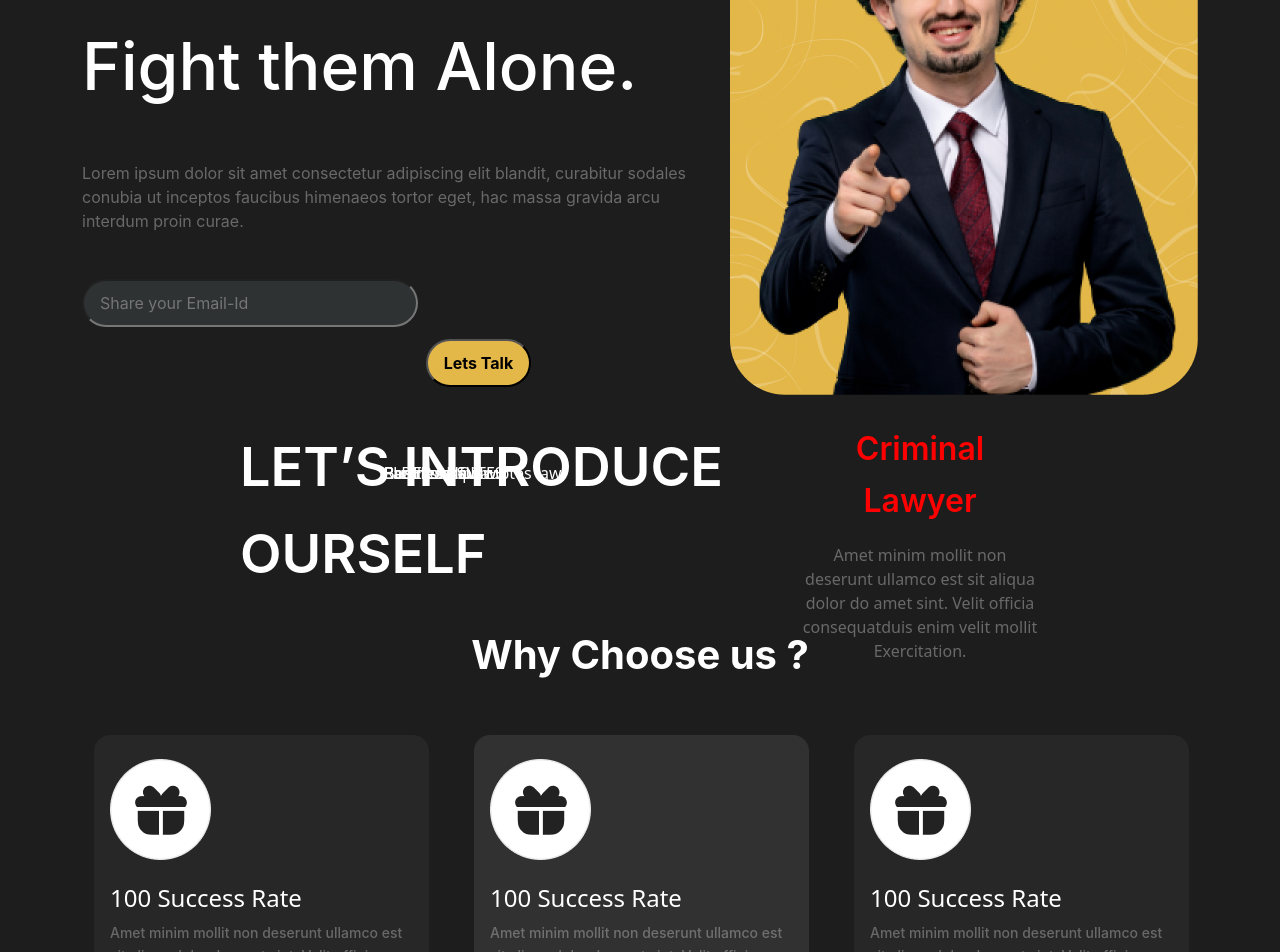
Repository: Senthil-Bala/LawFirm
Page: /
The author's editor kept a copy of each file at every save. The page is drawn from the files as they stood at one save, then again after a run of saves.
The browser window is 1280 px wide. The pictures show the part of the page from y = 219 to 1171 px (the page is 3925 px tall).
The project was rebuilt for these pictures with package versions that can differ from the ones it lists, and the page was loaded fresh each time. Also part of the build but not shown: src/App.css, src/Components/Frequents/Accordionss.css, src/Components/Frequents/Accordionss.jsx.

Above is the page before, as saved 2023-11-29 18:56:02.

### src/App.js
import './App.css';
import 'bootstrap/dist/css/bootstrap.min.css';
import Navbar from "./Components/Navbars/Navbar"
import HeroSection from './Components/Heroess/HeroSection';
import Main from "./Components/Mainss/Main";
import Boxes from "./Components/Box/Boxes";
import Practices from './Components/Practicsing/Practices';
import Clients from "./Components/ClientSides/Clients";
import Team from "./Components/Teamss/Team";
import Faq from "./Components/Frequents/Faq"
import Subscribe from './Components/Subscribes/Subscribe';
import Footer from "./Components/Footers/Footer"

function App() {
  return (
    <div className="container">
      <Navbar/>
      <HeroSection/>
      <Main/>
      <Boxes/>
      <Practices/>
      <Clients/>
      <Team/>
      <Faq/>
      <Subscribe/>
      <Footer/>
    </div>
  );
}

export default App;

### src/Components/Navbars/Navbar.jsx
import React from 'react'
import Studio from "../assests/logo.png";
import "./Navbar.css"

function Navbar() {
  return (
    <div className='navbar'>
        <div className="logo ">
            <img src={Studio} alt="Logo"/>
            <p>IGSTUDIO</p>
        </div>
        <div className="mid">
            <p>Home</p>
            <p>Attorneys</p>
            <p>Practice</p>
            <p>About Us</p>
        </div>
        <div className="btn">
            <button>Contact Now</button>
        </div>
    </div>
  )
}

export default Navbar

### src/Components/Heroess/HeroSection.jsx
import React from "react";
import "./HeroSection.css";
import Hero from "../assests/hero.png";
import Container from 'react-bootstrap/Container';
import Row from 'react-bootstrap/Row';
import Col from 'react-bootstrap/Col';
function HeroSection() {
  return (
    <div className="hero">
      <div className="contentLeft">
        <p id="mainHeading">You don’t have to Fight them Alone.</p>
        <p id="subHeading">
          Lorem ipsum dolor sit amet consectetur adipiscing elit blandit,
          curabitur sodales conubia ut inceptos faucibus himenaeos tortor eget,
          hac massa gravida arcu interdum proin curae.
        </p>
        <div >
        <input type="text" placeholder="Share your Email-Id" />
        <button className="inBtn">Lets Talk</button>
        </div>
      </div>
      <div className="contentRight">
        <img src={Hero} alt="Hero" />
      </div>
    </div>

  //   <Container>
  //   <Row>
  //     <Col sm={12} md={6} lg={6} >
  //     <div className="contentLeft">
  //   <p id="mainHeading">You don’t have to Fight them Alone.</p>
  //        <p id="subHeading">
  //        Lorem ipsum dolor sit amet consectetur adipiscing elit blandit,
  //          curabitur sodales conubia ut inceptos faucibus himenaeos tortor eget,
  //          hac massa gravida arcu interdum proin curae.
  //        </p>
  //         <input type="text" placeholder="Share your Email-Id" />
  //     <button className="inBtn">Lets Talk</button>
  //      </div >
  //     </Col>
  //     <Col sm={12} md={6} lg={6}>
  //     <div className="contentRight mt-5">
  //       <img src={Hero} alt="Hero" />
  //    </div>
  //     </Col>
  //   </Row>

  // </Container>








  );
}

export default HeroSection;

### src/Components/Mainss/Main.jsx
import React from "react";
import "./Main.css";
import Container from 'react-bootstrap/Container';
import Row from 'react-bootstrap/Row';
import Col from 'react-bootstrap/Col';
function Main() {
  return (
    <div className="main">
    <div className="left">
        <p>Let’s Introduce <br /> Ourself</p>
    </div>
    {/* <div className="vertical-line"></div> */}
    <div className="right">
        <p id="heading">Criminal Lawyer</p>
        <p id="subHeading">
            Amet minim mollit non deserunt ullamco est sit aliqua dolor do amet
            sint. Velit officia consequatduis enim velit mollit Exercitation.
        </p>
    </div>
</div>



    //Grid layouts

  //   <Container className="mt-5 pt-5">
  //   <Row>
  //     <Col sm={12} md={6} lg={6}>
  //     <div className="left">
  //       <p>Let’s Introduce Ourself</p>
  //     </div>
  //     </Col>
  //     <Col  sm={12} md={6} lg={6}>
  //     <div className="right">
  //       <p id="heading">Criminal Lawyer</p>
  //       <p id="subHeading">
  //         Amet minim mollit non deserunt ullamco est sit aliqua dolor do amet
  //         sint. Velit officia consequatduis enim velit mollit Exercitation.
  //       </p>
  //     </div>
  //     </Col>
  //   </Row>

  // </Container>
  );
}

export default Main;

### src/Components/Box/Boxes.jsx
import React from "react";
import "./Boxes.css";
import Box from "../assests/box.png";
import Container from 'react-bootstrap/Container';
import Row from 'react-bootstrap/Row';
import Col from 'react-bootstrap/Col';
function Boxes() {
  return (
    // <div className="box">
    //   <h1>Why Choose us ?</h1>
    //   <br />
    //   <div className="chooseBox">
    //     <div className="box1">
    //       <img src={Box} alt="" className="mt-2" />
    //       <h4 className="mt-4">100 Success Rate</h4>
    //       <p className="small">
    //         Amet minim mollit non deserunt ullamco est sit aliqua dolor do amet
    //         sint. Velit officia consequatduis enim velit mollit Exer.
    //       </p>
    //     </div>
    //     <div className="box2">
    //       <img src={Box} alt="" className="mt-2" />
    //       <h4 className="mt-4">100 Success Rate</h4>
    //       <p className="small">
    //         Amet minim mollit non deserunt ullamco est sit aliqua dolor do amet
    //         sint. Velit officia consequatduis enim velit mollit Exer.
    //       </p>
    //     </div>
    //     <div className="box3">
    //       <img src={Box} alt="" className="mt-2" />
    //       <h4 className="mt-4">100 Success Rate</h4>
    //       <p className="small">
    //         Amet minim mollit non deserunt ullamco est sit aliqua dolor do amet
    //         sint. Velit officia consequatduis enim velit mollit Exer.
    //       </p>
    //     </div>
    //   </div>
    // </div>
    //Grid layouts

<div>
<h1  className="text-center my-5 heading">Why Choose us ?</h1>

<Container>
<Row className="gx-5 gy-5">
        <Col sm={12} md={6} lg={4} g-5 >
        <div className="box1 mt-2 mr-2">
          <img src={Box} alt="" className="mt-2" />
          <h4 className="mt-4">100 Success Rate</h4>
          <p className="small">
            Amet minim mollit non deserunt ullamco est sit aliqua dolor do amet
            sint. Velit officia consequatduis enim velit mollit Exer.
          </p>
          <button className="chip">Read More</button>
        </div>
        </Col>
        <Col sm={12} md={6} lg={4}>
        <div className="box2 mt-2 mr-2">
          <img src={Box} alt="" className="mt-2" />
          <h4 className="mt-4">100 Success Rate</h4>
          <p className="small">
            Amet minim mollit non deserunt ullamco est sit aliqua dolor do amet
            sint. Velit officia consequatduis enim velit mollit Exer.
          </p>
          <button className="chip" >Read More</button>
        </div>
        </Col>
        <Col sm={12} md={6} lg={4}>
        <div className="box3 mt-2 mr-2">
          <img src={Box} alt="" className="mt-2" />
          <h4 className="mt-4">100 Success Rate</h4>
          <p className="small">
            Amet minim mollit non deserunt ullamco est sit aliqua dolor do amet
            sint. Velit officia consequatduis enim velit mollit Exer.
          </p>
          <button className="chip">Read More</button>
        </div>
        </Col>
      </Row>

    </Container>
    </div>

  );
}

export default Boxes;

### src/Components/Practicsing/Practices.jsx
import React from "react";
import Container from "react-bootstrap/Container";
import Row from "react-bootstrap/Row";
import Col from "react-bootstrap/Col";
import Left from "../assests/left.png";
import Right from "../assests/right.png";
import "./Practices.css";

function Practices() {
  return (
    <div>
      <h1 className="text-center my-5 heading">Area of Practices</h1>

      <Container>
        <Row className="mt-3">
          <Col xs={12} sm={8}>
            <img src={Left} alt="Business law" className="left" />
            <p className="title">Business law</p>

          </Col>
          <Col xs={12} sm={4}>
            <img src={Right} alt="Partnership Law" className="right" />
            <p className="title">Partnership law</p>

          </Col>
        </Row>
        <Row className="mt-3">
        <Col xs={12} sm={4}>
            <img src={Right} alt="Partnership Law" className="right" />
            <p className="title">Real Estate law</p>
          </Col>
          <Col xs={12} sm={8}>
            <img src={Left} alt="Business law" className="left" />
            <p className="title">Business law</p>

          </Col>

        </Row>
        <Row className="mt-3">
          <Col xs={12} sm={8}>
            <img src={Left} alt="Business law" className="left" />
            <p className="title">LandLord Disruptes law</p>

          </Col>
          <Col xs={12} sm={4}>
            <img src={Right} alt="Partnership Law" className="right" />
            <p className="title">ELDER ABSUTES</p>

          </Col>
        </Row>
      </Container>
    </div>
  );
}

export default Practices;

### src/Components/ClientSides/Clients.jsx
import React from "react";
import "./Clients.css";
import EclipseOne from "../assests/EclipseOne.png";
import EclipseTwo from "../assests/EclipseTwo.png";
import EclipseThree from "../assests/EclipseThree.png";
import Container from 'react-bootstrap/Container';
import Row from 'react-bootstrap/Row';
import Col from 'react-bootstrap/Col';
function Clients() {
  return (
    // <div className="box">
    //   <h1>Why Choose us ?</h1>
    //   <br />
    //   <div className="chooseBox">
    //     <div className="box1">
    //       <img src={Box} alt="" className="mt-2" />
    //       <h4 className="mt-4">100 Success Rate</h4>
    //       <p className="small">
    //         Amet minim mollit non deserunt ullamco est sit aliqua dolor do amet
    //         sint. Velit officia consequatduis enim velit mollit Exer.
    //       </p>
    //     </div>
    //     <div className="box2">
    //       <img src={Box} alt="" className="mt-2" />
    //       <h4 className="mt-4">100 Success Rate</h4>
    //       <p className="small">
    //         Amet minim mollit non deserunt ullamco est sit aliqua dolor do amet
    //         sint. Velit officia consequatduis enim velit mollit Exer.
    //       </p>
    //     </div>
    //     <div className="box3">
    //       <img src={Box} alt="" className="mt-2" />
    //       <h4 className="mt-4">100 Success Rate</h4>
    //       <p className="small">
    //         Amet minim mollit non deserunt ullamco est sit aliqua dolor do amet
    //         sint. Velit officia consequatduis enim velit mollit Exer.
    //       </p>
    //     </div>
    //   </div>
    // </div>
    //Grid layouts

<div>
    <div className="clientHead d-flex justify-content-between align-items-center">
<h1  className=" my-5 heading">What Says Our <br /> Happy Clients</h1>
<div className="arrows">
<button>L</button>
<button className="rgt">R</button>
</div>


</div>
<Container>
<Row className="gx-4 gy-4">
        <Col sm={12} md={6} lg={4} >
        <div className="box1 mt-2 mr-2">
          <img src={EclipseOne} alt="" />
          <h4 className="mt-2">Joe Kooper</h4>
          <p >Ceo Of Hunt</p>
          <p className="small">
            Amet minim mollit non deserunt ullamco est sit aliqua dolor do amet
            sint. Velit officia consequatduis enim velit mollit Exer.
          </p>
          <button className="chip">Read More</button>
        </div>
        </Col>
        <Col sm={12} md={6} lg={4}>
        <div className="box2 mt-2 mr-2">
          <img src={EclipseTwo} alt="" className="mt-2" />
          <h4 className="mt-2">Robert Fox</h4>
          <p >Ceo Of Hunt</p>
          <p className="small">
            Amet minim mollit non deserunt ullamco est sit aliqua dolor do amet
            sint. Velit officia consequatduis enim velit mollit Exer.
          </p>
          <button className="chip" >Read More</button>
        </div>
        </Col>
        <Col sm={12} md={6} lg={4}>
        <div className="box3 mt-2 mr-2">
          <img src={EclipseThree} alt="" className="mt-2" />
          <h4 className="mt-2">Devon Lane</h4>
          <p >Ceo Of Hunt</p>
          <p className="small">
            Amet minim mollit non deserunt ullamco est sit aliqua dolor do amet
            sint. Velit officia consequatduis enim velit mollit Exer.
          </p>
          <button className="chip">Read More</button>
        </div>
        </Col>
      </Row>

    </Container>
    </div>

  );
}

export default Clients;

### src/Components/Teamss/Team.jsx
import React from 'react'
import Container from 'react-bootstrap/esm/Container'
import Row from 'react-bootstrap/Row';
import Col from 'react-bootstrap/Col';
import Daniel from "../assests/Daniel.png";
import Sanfole from "../assests/Sanfole.png";
import Casforila from "../assests/Casforila.png";
import Collean from "../assests/Collean.png";
import Haldone from "../assests/Haldone.png";
import Nik from "../assests/Nik.png"
import "./Team.css"

function Team() {
  return (
    <div className='teamDiv my-3'>
        <h1 className="text-center mt-5 heading">Our Team</h1>

        <Container>
        <Row>

        <Col xs={6} md={4} lg={4} className='mt-5'>
            <div className="items d-flex pt-1 ">
        <img src={Daniel} alt="" className='mr-3'/>
        <div>
          <h6 >Daniel Def</h6>
          <p className="opac">301 Cases</p>
          </div>
          </div>
        </Col>

        <Col xs={6} md={4} lg={4} className='mt-5'>
            <div className="items d-flex sanfole pt-1 ">
        <img src={Sanfole} alt="" className='mr-3 '/>
        <div>
          <h6>Sanfole</h6>
          <p className="opac">850 Cases</p>
          </div>
          </div>
        </Col>

        <Col xs={6} md={4}  lg={4} className='mt-5'>
            <div className="items d-flex pt-1">
        <img src={Casforila} alt="" className='mr-3'/>
        <div>
          <h6 >Casforila</h6>
          <p className="opac">470 Cases</p>
          </div>
          </div>
        </Col>

        <Col xs={6} md={4} lg={4} className='mt-5'>
            <div className="items d-flex pt-1 ">
        <img src={Collean} alt="" className='mr-3'/>
        <div>
          <h6 >Collean</h6>
          <p className="opac">180 Cases</p>
          </div>
          </div>
        </Col>

        <Col xs={6} md={4}  lg={4} className='mt-5'>
            <div className="items d-flex pt-1">
        <img src={Haldone} alt="" className='mr-3'/>
        <div>
          <h6 >Haldone</h6>
          <p className="opac">212 Cases</p>
          </div>
          </div>
        </Col>

        <Col xs={6} md={4}  lg={4} className='mt-5'>
            <div className="items d-flex p-2">
        <img src={Nik} alt="" className='mr-3'/>
        <div>
          <h6 >Nik Joe</h6>
          <p className="opac">350 cases</p>
          </div>
          </div>
        </Col>

      </Row>
      </Container>
    </div>
  )
}

export default Team

### src/Components/Frequents/Faq.jsx
import React from "react";
import Accordionss from "./Accordionss"
import "./Faq.css"
function Faq() {
  return (
    <div className="d-flex justify-content-between my-5">
      <div className="faq my-4">
        <h1>FAQ</h1>
        <p className="faqContent">
          Amet minim mollit non deserunt ullamco est sit <br /> aliqua dolor do amet
          sint.
        </p>
      </div>
      <div className="accordions mt-5">
        {/* <Accordions/> */}
      </div>
    </div>
  );
}

export default Faq;

### src/Components/Subscribes/Subscribe.jsx
import React from 'react'
import "./Subscribe.css"
function Subscribe() {
  return (
    <div className='subscribes mt-3'>
    <div className="newsLetter">
<h1 className='text-center mt-2'>Subscribe Our NewsLetter</h1>
</div>
<div className="inputAndbutton">
    <input type="text" className='inputOne' placeholder='Enter Your Name'/>
    <input type="text" className='inputOne' placeholder='Enter your Email'/>
    <button id='send'>Send</button>
</div>
    </div>
  )
}

export default Subscribe

### src/Components/Footers/Footer.jsx
import React from 'react'
import "./Footer.css";
import logo from "../assests/logo.png";
import Group from "../assests/group.png"
function Footer() {
  return (
    <div className='footerDiv my-3'>
        <div className="firstDiv container text-center">
           <div className='logoDiv'>
            <img src={logo} alt="logo" />
            <p>IGSTUDIO</p>
           </div>
           <div className="mainDiv ">
            <p>Home</p>
            <p>Attorneys</p>
            <p>Practice Areas</p>
            <p>About Us</p>
           </div>
           <div>
            <img src={Group} alt="Icons" />
           </div>
        </div>
        <br />
        <div className="secondDiv container text-center ">
            <p>© 2020 Acme. All rig</p>
            <p>Privacy Policy</p>
            <p>Terms of Service</p>
        </div>

    </div>
  )
}

export default Footer

### src/Components/Navbars/Navbar.css
.navbar {
    display: flex;
    justify-content: space-between;
    align-items: center;
    /* width: 100%;
    height: 3rem; */

}

.mid {
    display: flex;
    gap: 30px;
    font-family: Inter;
    text-align: center;
    justify-content: space-between;
    align-items: center;

}

.btn button {
    border: 2px solid #FFFFFF;
    background-color: #1D1D1D;
    color: #FFFFFF;
    /* justify-content: center;
    align-items: center; */
}

.logo {
    display: flex;
    justify-content: center;
    align-items: center;
    gap: 20px;
}

.logo img{
    height: 1rem;
}

### src/Components/Heroess/HeroSection.css
.hero {
    display: flex;
    justify-content: space-between;
    align-items: center;
    gap: 30px;
    font-family: Inter;

}

.contentLeft {
    margin-top: 5rem;
    display: flex;
    flex-direction: column;
    gap: 30px;
}

.contentRight {
    width: 467.71px;
    height: 467.71px;
}

.inBtn {
    background: rgba(227, 183, 72, 1);

    color: black;
    font-family: Inter;
    font-weight: bold;
    height: 3rem;
    padding: 1rem;
    display: flex;
    justify-content: center;
    align-items: center;
    border-radius: 3rem;
    text-align: center;
    position: absolute;
    right: 58.5%;
    top: 77.5%;
    outline: 0;
}

input[type='text'] {
    height: 3rem;
    padding: 1rem;
    border-radius: 3rem;
    width: 21rem;
    position: relative;
    background-color:rgb(47, 50, 50);
    color: darkslategray;
    outline: 0;
}

#mainHeading {
    font-size: 66px;
    font-weight: 500;
    line-height: 97px;
    letter-spacing: 0em;
    text-align: left;

}

#subHeading {
    color: dimgrey;

}

### src/Components/Mainss/Main.css
.main {
    display: flex;
    justify-content: center;
    text-align: center;
    margin-top: 6rem;
}

.left {
    font-family: Inter;
    font-size: 54px;
    font-weight: 600;
    line-height: 87px;
    text-align: left;

}
/* Styling for the main container */
.main {
    display: flex;
    align-items: center;
}

/* Styling for the vertical line */
.vertical-line {
    border-left: 1px solid dimgray; /* Set color for the left border */
    height: 100px; /* Set height of the line */
    margin: 0 20px; /* Adjust margin as needed */
}



.right{
    display: flex;
    flex-direction: column;

}
#heading {
    font-family: Inter;
    font-size: 32px;
    font-weight: 600;
    line-height: 52px;
    letter-spacing: 0em;
    text-align: center;
    /* width: 475px;
    height: 155px; */

}
#subHeading{
    color: dimgrey;
    /* width: 475px;
height: 87px;

opacity: 0.3px; */

}

### src/Components/Box/Boxes.css
.box{
    margin-top: 6rem;
    text-align: center;
}
.chooseBox{
    display: flex;
    justify-content: space-between;
}
.box1,.box2,.box3{
    width: 335px;
height: 370px;
padding: 1rem;
text-align: left;
/* border: 2px solid; */
border-radius: 1rem;
background-color:rgb(40, 39, 39);

}
.box2{
    background: rgba(71, 71, 71, 0.5);

}
.small{
    font-family: Inter;
font-size: 14px;
font-weight: 500;
line-height: 23px;
letter-spacing: 0em;
text-align: left;
opacity: 30%;

}
.chip{
    background: rgba(227, 183, 72, 1);

    color: black;
    font-family: Inter;
    font-weight: bold;
    height: 2rem;
    /* padding: 1rem; */
    display: flex;
    justify-content: center;
    align-items: center;
    border-radius: 1.5rem;
    text-align: center;
}
.heading{
    font-family: Inter;
    font-weight: bold;

}

### src/Components/Practicsing/Practices.css
.left{
    width:35rem;
    height:10rem;
    text-transform: uppercase;

}
.right{
    width:15rem;
    height:10rem;
    position: relative;
   color: red ;
}
.title{
    position: absolute;
    bottom: 0px;
    left: 30%;
    text-align: center;
}

### src/Components/ClientSides/Clients.css
.arrows button{
    border-radius: 50%;
    height: 3rem;
    width: 3rem;
}
.rgt{
    background: rgba(227, 183, 72, 1);
}
.box2{
    background: rgba(71, 71, 71, 0.5);

}

### src/Components/Teamss/Team.css
.opac{
    opacity: 30%;
}

.sanfole{
    background: rgba(227, 183, 72, 1);
border-radius: 1rem;
color: black;

}

### src/Components/Frequents/Faq.css
.faqContent{
    opacity: 30%;
}

### src/Components/Subscribes/Subscribe.css
.subscribes{
height: 356px;
background: rgba(71, 71, 71, 0.5);
display: flex;
flex-direction: column;
justify-content: center;
align-items: center;
border-radius: 1rem;
gap: 30px;
}
#send{
    background: rgba(227, 183, 72, 1);
    height: 2.5rem;
    width: 5rem;
    border-radius: 0.5rem;

}
.inputOne{
    width: 10rem;
    height: 2.5rem;
    border-radius: 0.5rem;
    padding-left: 1rem;

}
.inputAndbutton{
display: flex;
justify-content: space-between;
gap: 10px;
}

### src/Components/Footers/Footer.css
.footerDiv{

height: 367px;
/* border: 1px solid white; */
display: flex;
flex-direction: column;
font-size: smaller;
background-color: black;
/* width: 100%; */


}
.firstDiv{
    display: flex;
    justify-content: space-between;
    align-items: center;
    margin-top: 4rem;
}
.mainDiv{
    display: flex;
    justify-content: center;
    align-items: center;
    gap:50px;
}
.secondDiv{
    display: flex;
    justify-content: center;
    align-items: center;
    gap:20px;
    margin-top: 2rem;
    font-size: xx-small;

}

Loaded but not shown: public/index.html (common file); src/index.js (common file); src/index.css (common file); src/reportWebVitals.js (common file)

After the next 4 saves:
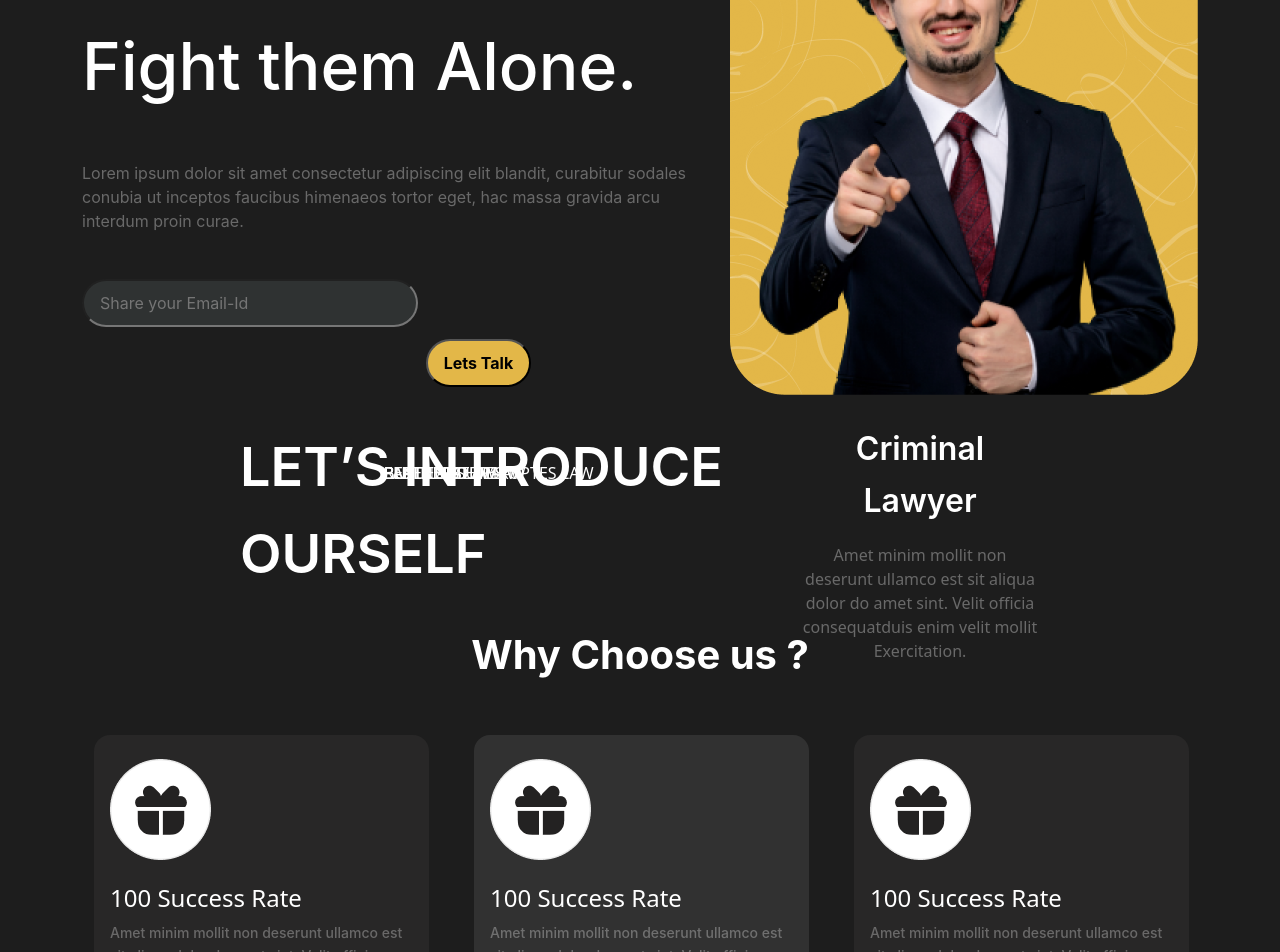
The 4 saves are shown as one change because they came seconds apart.
The last was saved 32 s later.
--- a/src/Components/Practicsing/Practices.css
+++ b/src/Components/Practicsing/Practices.css
@@ -8,11 +8,12 @@
     width:15rem;
     height:10rem;
     position: relative;
-   color: red ;
+
 }
 .title{
     position: absolute;
     bottom: 0px;
     left: 30%;
     text-align: center;
+    text-transform: uppercase;
 }
